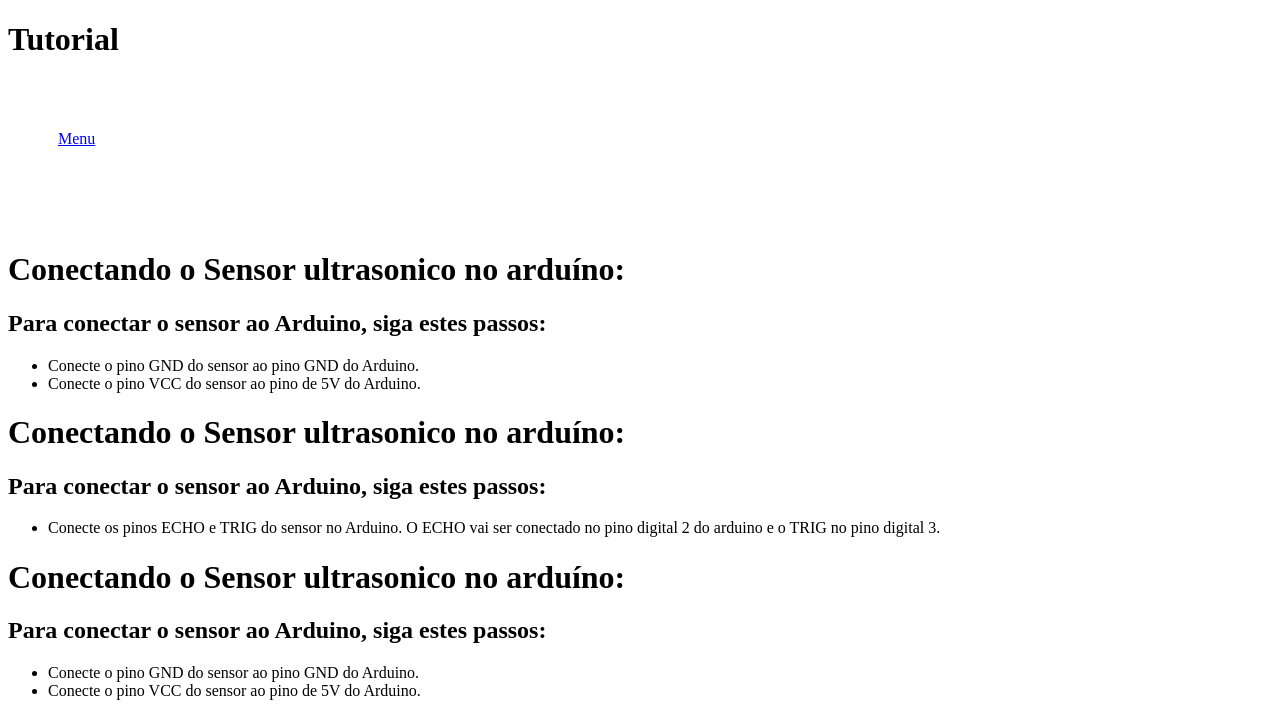
Repository: Eito2511/Site-tutorial-arduino
Page: tutorial.html
An editor plug-in stored every save of this project. The page is shown before and after the next save, followed by the edit.
The browser window is 1280 px wide. The pictures show the whole page.

Above is the page before, as saved 2025-06-03 18:16:45.

After the next save:
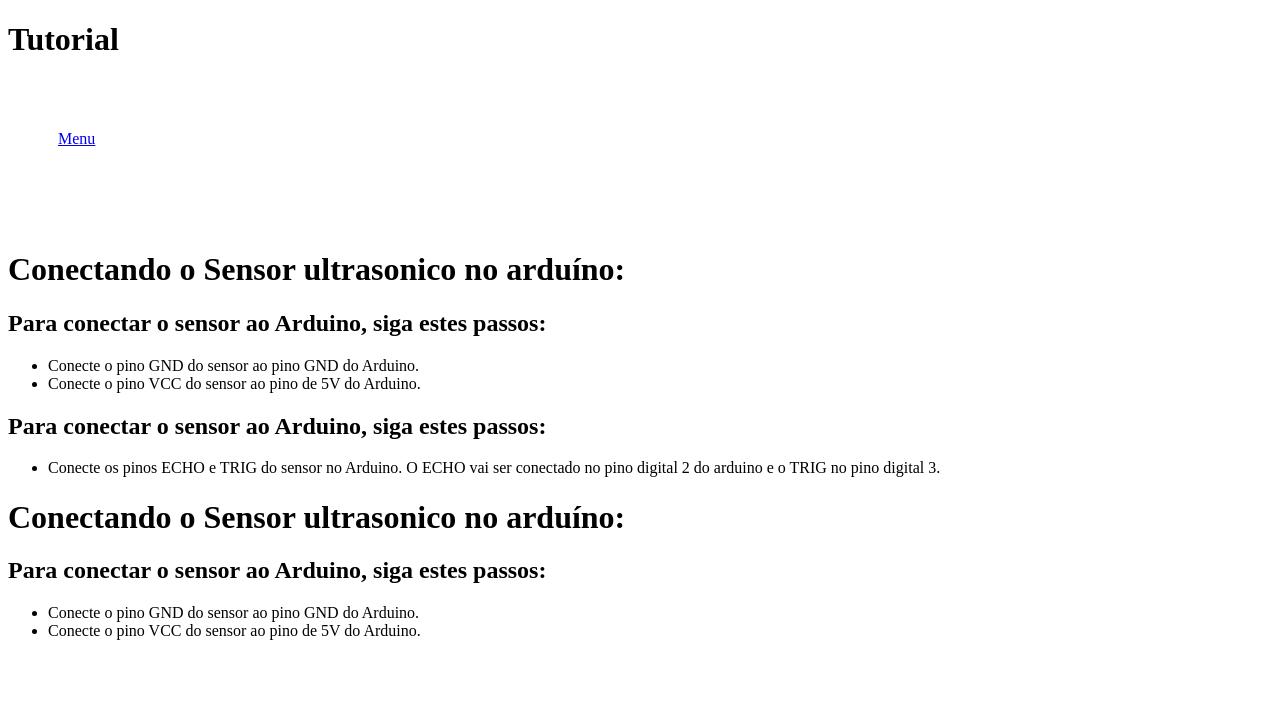
Saved 17 s later.
--- a/tutorial.html
+++ b/tutorial.html
@@ -24,7 +24,6 @@
     </div>
 
     <div>
-      <h1>Conectando o Sensor ultrasonico no arduíno:</h1>
       <h2>Para conectar o sensor ao Arduino, siga estes passos:</h2>
       <ul>
         <li>Conecte os pinos ECHO e TRIG do sensor no Arduino. O ECHO vai ser conectado no pino digital 2 do arduino e o TRIG no pino digital 3.</li>
